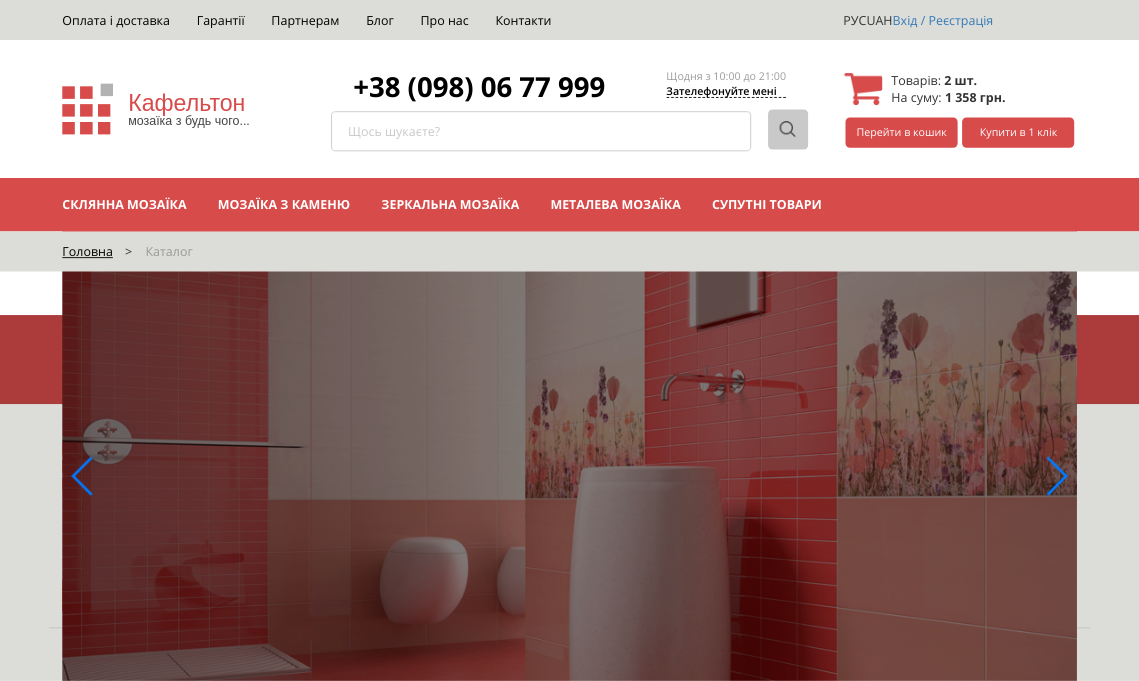
Repository: zellenka/mozaika
Page: app/index.html
The author's editor kept a copy of each file at every save. The page is drawn from the files as they stood at one save, then again after the next save.
The browser window is 1280 px wide. The pictures show the whole page, at 89% of full size.
Some web fonts or font styles are not loaded; a fallback is used. The style sheet was rebuilt from its Sass, Less or Tailwind sources for each picture, by a compiler version that may differ from the author's.

Above is the page before, as saved 2018-07-13 16:53:03.
Console error (its wording comes from the project's code and is left out).

After the next save:
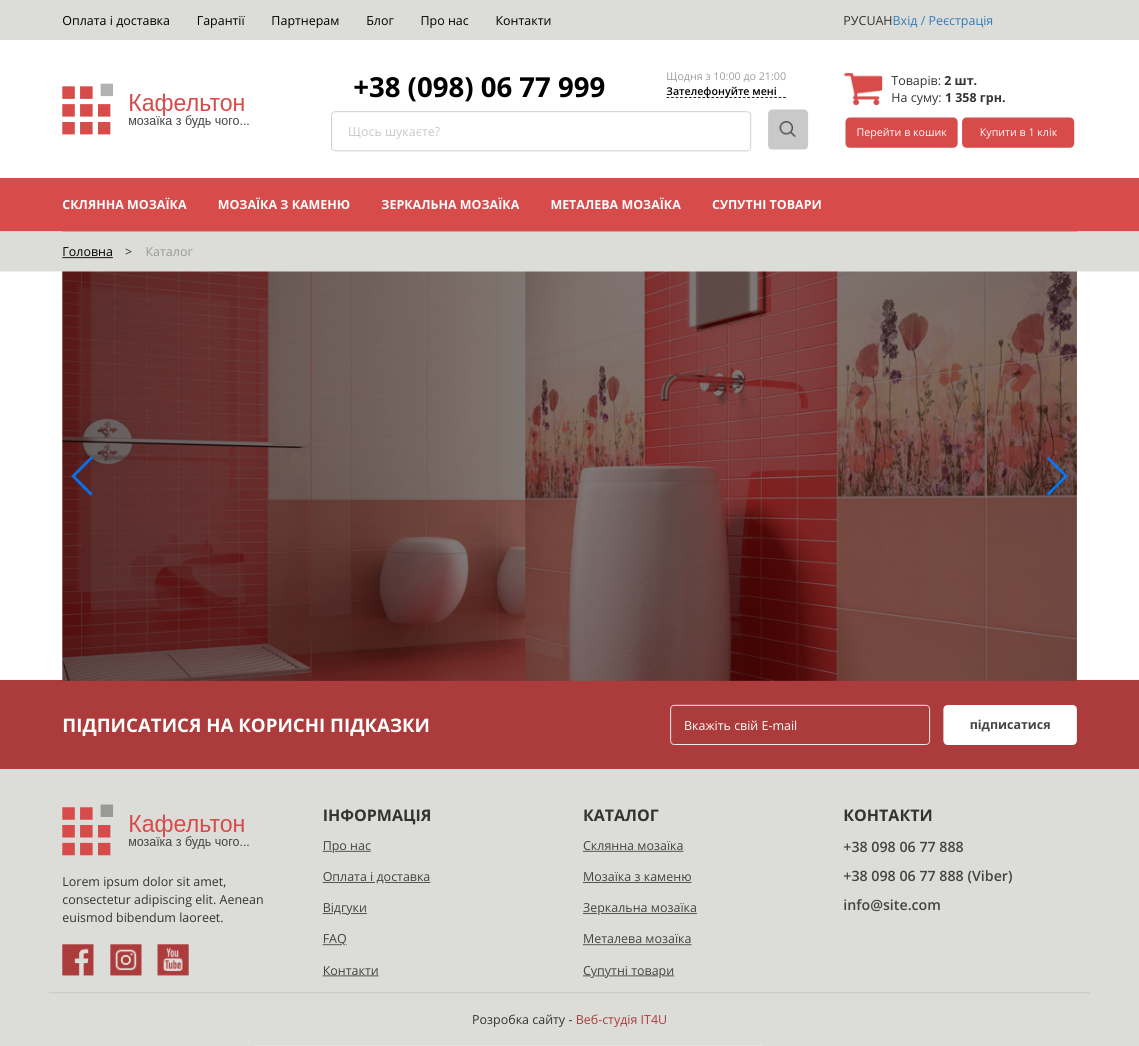
Saved 78 s later.
--- a/app/sass/main.sass
+++ b/app/sass/main.sass
@@ -19,6 +19,7 @@
   src: url('/fonts/2211.ttf')
 
 $main: #d74b4b
+$footer-height: 410px
 
 html
     min-height: 100%
@@ -31,6 +32,7 @@ body
 
 .main
     min-height: 100%
+    padding-bottom: $footer-height
 
 ul
     list-style: none
